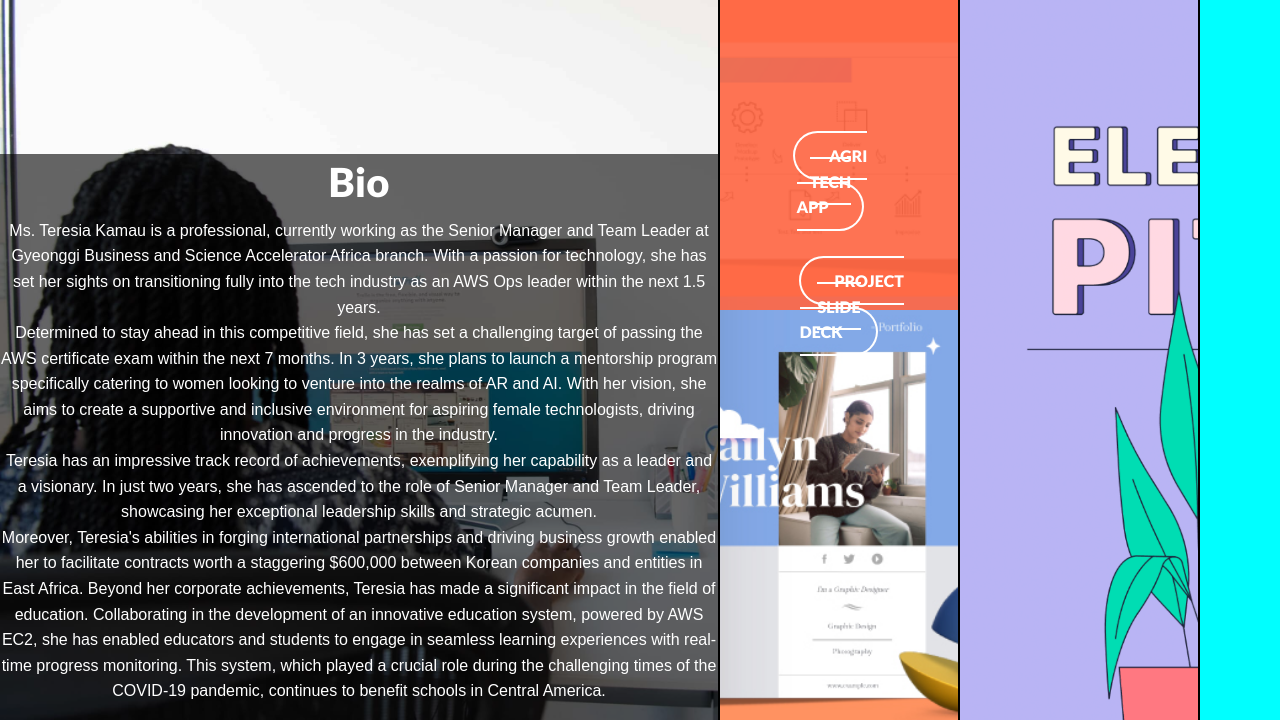
Repository: tessa5/developerPortfolio
Page: public/bio.html
These files come from the project's save history. The page is drawn as it stood at one moment and after a run of saves; the edit follows.
The browser window is 1280 px wide. The pictures show the whole page.

Above is the page before, as saved 2023-08-08 16:32:09.
Console error: SyntaxError: Unexpected token '{'

### public/bio.html
<!DOCTYPE html>
<html lang="en">
<head>
    <meta charset="UTF-8">
    <meta name="viewport" content="width=device-width,initial-scale=1,minimum-scale=1, maximum-scale=1">
    <title>Bio/Porfolio/Elevator Pitch</title>
    <script src="bower_components/jquery/dist/jquery.min.js" charset="utf-8"></script>
	<link rel="stylesheet" href="bower_components/foundation-sites/dist/css/foundation.min.css">
	<link rel="stylesheet" href="">
	<script src="bower_components/foundation-sites/dist/js/foundation.min.js" charset="utf-8"></script>
	<script src="bower_components/normalize-css/normalize.css" charset="utf-8"></script>
	<script src="bower_components/typed.js/dist/typed.min.js" charset="utf-8"></script>
	<script src="bower_components/jqcloud2/dist/jqcloud.min.js" charset="utf-8"></script>
	<link rel="stylesheet" href="bower_components/jqcloud2/dist/jqcloud.min.css">
	<script src="bower_components/custombox/dist/custombox.min.js"></script>
	<link href="bower_components/custombox/dist/custombox.min.css" rel="stylesheet">
	<link rel="stylesheet" href="https://maxcdn.bootstrapcdn.com/font-awesome/4.7.0/css/font-awesome.min.css">
	<link href="https://fonts.googleapis.com/css?family=Lato:300,400,700,900" rel="stylesheet">
	<link href="https://fonts.googleapis.com/css?family=Maven+Pro:400,500" rel="stylesheet">
	<link rel="stylesheet" href="assets/fonts/foundation-icons/foundation-icons.css">
	<link rel="stylesheet" href="assets/styles/styles.css">
    <link rel="stylesheet" href="assets/styles/bio.css">

</head>
<body>
    <section class="small-12 ">
        <ul class="row">
            <li>
                <div class="bio">
                    <h2>Bio</h2>
                    <p>
                        Ms. Teresia Kamau is a professional, currently working as the Senior Manager and Team Leader at Gyeonggi Business and Science Accelerator Africa branch. With a passion for technology, she has set her sights on transitioning fully into the tech industry as an AWS Ops leader within the next 1.5 years. <br/>Determined to stay ahead in this competitive field, she has set a challenging target of passing the AWS certificate exam within the next 7 months.
In 3 years, she plans to launch a mentorship program specifically catering to women looking to venture into the realms of AR and AI. With her vision, she aims to create a supportive and inclusive environment for aspiring female technologists, driving innovation and progress in the industry.
<br/>Teresia has an impressive track record of achievements, exemplifying her capability as a leader and a visionary. In just two years, she has ascended to the role of Senior Manager and Team Leader, showcasing her exceptional leadership skills and strategic acumen. <br/>Moreover, Teresia's abilities in forging international partnerships and driving business growth enabled her to facilitate contracts worth a staggering $600,000 between Korean companies and entities in East Africa.
Beyond her corporate achievements, Teresia has made a significant impact in the field of education. Collaborating in the development of an innovative education system, powered by AWS EC2, she has enabled educators and students to engage in seamless learning experiences with real-time progress monitoring. This system, which played a crucial role during the challenging times of the COVID-19 pandemic, continues to benefit schools in Central America.

                    </p>
                </div>
            </li>
            <li>
                <section id="footer-cta">
                <div class="row text-center col">
                    <div class="small-12 columns" id="startButtonDiv">
                        <a class="my-button form-button" href="https://youtu.be/JrvryTB1bGk">Agri Tech App</a>
                    </div>
                </div>
                    <div class="small-12 columns" id="startButtonDiv">
                        <a class="my-button form-button" href="https://drive.google.com/file/d/1FswNwwwkR4YEZ9jtKMJR6pZ61OOxo3cZ/view?usp=sharing">Project Slide Deck</a>
                    </div>
                </section>

                <div class="bio">
                    <h2>Profile</h2>
                    <p>
                        You have just gone through my developer profile on the previous page. Please check out my ALX team video and project slide deck by clicking here.
                    </p>
                </div>
            </li>
            <li>
                <div class="bio">
                    <h2>Elevator Pitch</h2>
                    <p>

                    </p>
                </div>
            </li>
        </ul>

    </section>

</body>
</html>

### public/assets/styles/styles.css
@import url('https://fonts.googleapis.com/css?family=Roboto:100,300,300i,400,700');

/*********** Global Styles********/

body, html {
		background-color: cyan;
}

h1, h2, h3, h4, h5, h6 {
	font-family: "Lato", sans-serif !important;
	font-weight: 900 !important;
}

.wrapper {
		background: #495e86;
}

.img-circle {
		border-radius: 50%;
}

.my-button {
		font-size: 1em;
		line-height: normal;
		text-transform: uppercase;
		font-family: 'Lato', sans-serif;
		font-weight: 900;
		-webkit-transition: all .3s ease-in-out;
		transition: all .3s ease-in-out, color 0.2s 0.3s;
		letter-spacing: 0;
		border-radius: 45px;
		height: auto;
		padding: .8em 2.1em;
}

.my-button:hover {
	cursor: pointer;
	padding: .8em 2.7em;
}

.my-button:active,
.my-button:focus,
.my-button.active {
  background-image: none;
  outline: 0;
  -webkit-box-shadow: none;
          box-shadow: none;
}

.thin-bar {
		border-bottom: 5px solid #F33F12;
}


/*** About Section ***/

#about {
		margin-top: 10em;
		border: 1px solid #eee;
		background-color: white;
		padding-bottom: 1em;
}

#about img {
		max-width: 15em;
		position: relative;
		bottom: 7.5em;
}

#about .details {
		margin-top: -2em;
}

#about h2 {
		color: #3d4397;
		font-size: 3.8em;
		padding-bottom: 1em;
}

#about span {
		font-weight: 300;
		font-size: .7em;
}

#about h5 {
		color: #8A8A8B;
}

#about p {
		margin-top: 1em;
		color: #646464;
		font-family: "roboto";
		font-weight: 300;
}

.cta .cta-button {
		color: #cc4b37;
		text-transform: uppercase;
		border: 2px solid rgba(255, 103, 68, 0.91);
		border-radius: 50px;
		background: white;
}

.cta .cta-button:hover, .cta .cta-button:focus {
		box-shadow: 0 5px 11px 0 rgba(0, 0, 0, 0.18), 0 4px 14px 1px rgba(0, 0, 0, 0.15);
		background-color: rgba(255, 103, 68, 0.91);
		color: white;
}

#about i {
	margin-top: 2em;
}

.fa {
	font-size: 1.2em;
	padding: 0.1em 0.4em;
	color: #0a0909;
}

.fa:hover {
	cursor: pointer;
}

/*** Experience ***/
#experience {
	background-color: #045a9b;
	padding: 6em 4em 5.6em;
}

#experience h2 {
	color: rgb(29, 27, 27);
	margin-bottom: .7em;
}

#experience .tag-line {
	color: white;
	font-size: 1.4em;
}

#experience i {
	color: rgb(255, 138, 89);
	font-size: 4em;
}

#experience h3 {
	color: rgb(29, 27, 27);
}

.experience-topics p {
	color: #ACAEB2;
	font-family: "Maven pro", sans-serif;
	/*font-weight: 500;*/
}

.experience-topics ul li {
	list-style: none;
	color: rgb(255, 255, 255);
	font-family: "Maven pro", sans-serif;
	font-weight: 500;
}

/*** work ***/
#work {
	padding: 6em 4em 3em;
	background-color: #fff;
}

#work h2 {
	color: #FF6945;
	margin-bottom: .7em;
}


#work .tag-line {
	color: #767779;
	font-size: 1.4em;
	margin-bottom: 4em;
}

#work .work-row {
	margin-bottom: 5.5em;
}

.details h3 {
	color: #202222;
	text-transform: uppercase;
}

.details .platform{
	font-size: 0.8em;
	text-transform: uppercase;
	margin: 2em 0 -0.1em;
	font-family: "Maven pro", sans-serif;
	font-weight: 500;
	color: #ff7654;
}

.details i {
	color: #707473;
	margin-right: 1em;
}

.details p {
	color: #181717;
	font-family: "Maven pro", sans-serif;
	font-weight: 500;
	font-size: 1.2em;
	margin-bottom: 1.8em;
}

.details a, .details a:link, .details a:active{
		color: rgba(255, 103, 68, 0.91);
		border: 2px solid rgba(255, 103, 68, 0.91) !important;
		background-color: #fff;
}

.details a:hover, .details a:focus {
		/*box-shadow: 0 5px 11px 0 rgba(0, 0, 0, 0.18), 0 4px 14px 1px rgba(0, 0, 0, 0.15);*/
		background-color: rgba(255, 103, 68, 0.91) !important;
		color: #fff;
}

/*** teaching ***/
#teaching {
	padding: 6em 4em 3em;
	background-color:  #045a9b;
}

#teaching h2 {
	color: #0e0d0d;
}

#teaching .tag-line {
	color: #ffffff;
	font-size: 1.4em;
}

#teaching .teaching-domains {
	height: 500px;
	width: auto;
	margin-top: -4em;
}

.col {
	display: flex;
	width: 100%;
	gap: 0.5em;

}


















/*** Footer Call-to-action ***/
#footer-cta {
	background-color: rgba(255, 103, 68, 0.91);
	padding: 6em 4em 5.6em;
}

#footer-cta h2 {
	color: white;
}

#footer-cta p {
	color: #fff;
	font-family: "Maven pro", sans-serif;
	font-weight: 500;
	font-size: 1.2em;
}

#startButtonDiv {
	margin-top: 3em;
}

#footer-cta a {
	border: 2px solid #fff;
	border-radius: 45px;
	color: #fff;
}

#footer-cta a:hover {
	background: #fff;
	color: rgba(255, 103, 68, 0.91);
	box-shadow: 0 5px 11px 0 rgba(0, 0, 0, 0.18), 0 4px 14px 1px rgba(0, 0, 0, 0.15);
}

/*** footer starts ***/

#footer {
	padding: 5em 4em 2em;
}

#footer #logo {
	background-color: rgba(255, 103, 68, 0.91);
	border-radius: 50%;
	color: #fff;
	padding: .4em;
	font-family: "Maven pro", sans-serif;
	font-size: 1.6em;
	font-weight: 500;
	display: inline;
}

#footer #copyright {
	margin-top: 1.6em;
	font-family: "Maven pro", sans-serif;
	font-weight: 500;
	color: #7d7d7d;
}


.profile-photo {
	width: 200px;
    height: 200px;
    margin: 0 auto;
    border-radius: 50%;
    background-size: cover;
    margin-top: -100px;
    margin-bottom: 40px;

}

### public/assets/styles/bio.css
body {
    margin: 0;
    padding:0;
    font-family: sans-serif;
}
ul {
    position: absolute;
    top: 0;
    left: 0;
    width: 100%;
    height:100vh;
    background: #ccc;
    margin:0;
    padding:0;
}
ul li {
    list-style:none;
    position:relative;
    width:33.3%;
    height:100%;
    border-right: 2px solid #000;
    float: left;
    box-sizing:border-box;
    transition: 0.5s;
    text-align: center;
    overflow: hidden;
}

ul li:nth-child(1){
    background-image: url(../../assets/images/bio.jpg);
    background-size:cover;
    background-position:left;
}
ul li:nth-child(2){
    background-image: url(../../assets/images/porfolio.jpg);
    background-size:cover;
    background-position:center;
}
ul li:nth-child(3){
    background-image: url(../../assets/images/elevatorP.png);
    background-size:cover;
    background-position:left;
}

ul:hover li {
    width: 20%
}

ul li:hover {
    width:60%
}

ul li .bio {
    position:absolute;
    bottom:-100%;
    left:0;
    width: 100%;
    background: rgba(0,0,0,0.6);
    box-sizing: border-box;
    color: #fff;
    opacity:0;
}

ul li:hover .bio {
    bottom:0;
    transition:0.5s;
    transition-delay: 0.2s;
    opacity: 1;
}

/* .my-button {
    font-size: 1em;
    line-height: normal;
    text-transform: uppercase;
    font-family: 'Lato', sans-serif;
    font-weight: 900;
    -webkit-transition: all .3s ease-in-out;
    transition: all .3s ease-in-out, color 0.2s 0.3s;
    letter-spacing: 0;
    border-radius: 45px;
    height: auto;
    padding: .8em 2.1em;
}

.my-button:hover {
cursor: pointer;
padding: .8em 2.7em;
}

.my-button:active,
.my-button:focus,
.my-button.active {
background-image: none;
outline: 0;
-webkit-box-shadow: none;
      box-shadow: none;
} */

Loaded but not shown: bower_components/jquery/dist/jquery.min.js (library); bower_components/foundation-sites/dist/css/foundation.min.css (library); bower_components/foundation-sites/dist/js/foundation.min.js (library); bower_components/normalize-css/normalize.css (library); bower_components/typed.js/dist/typed.min.js (library); bower_components/jqcloud2/dist/jqcloud.min.js (library); bower_components/jqcloud2/dist/jqcloud.min.css (common file); bower_components/custombox/dist/custombox.min.js (library); bower_components/custombox/dist/custombox.min.css (library); public/assets/fonts/foundation-icons/foundation-icons.css (common file)

After the next 2 saves:
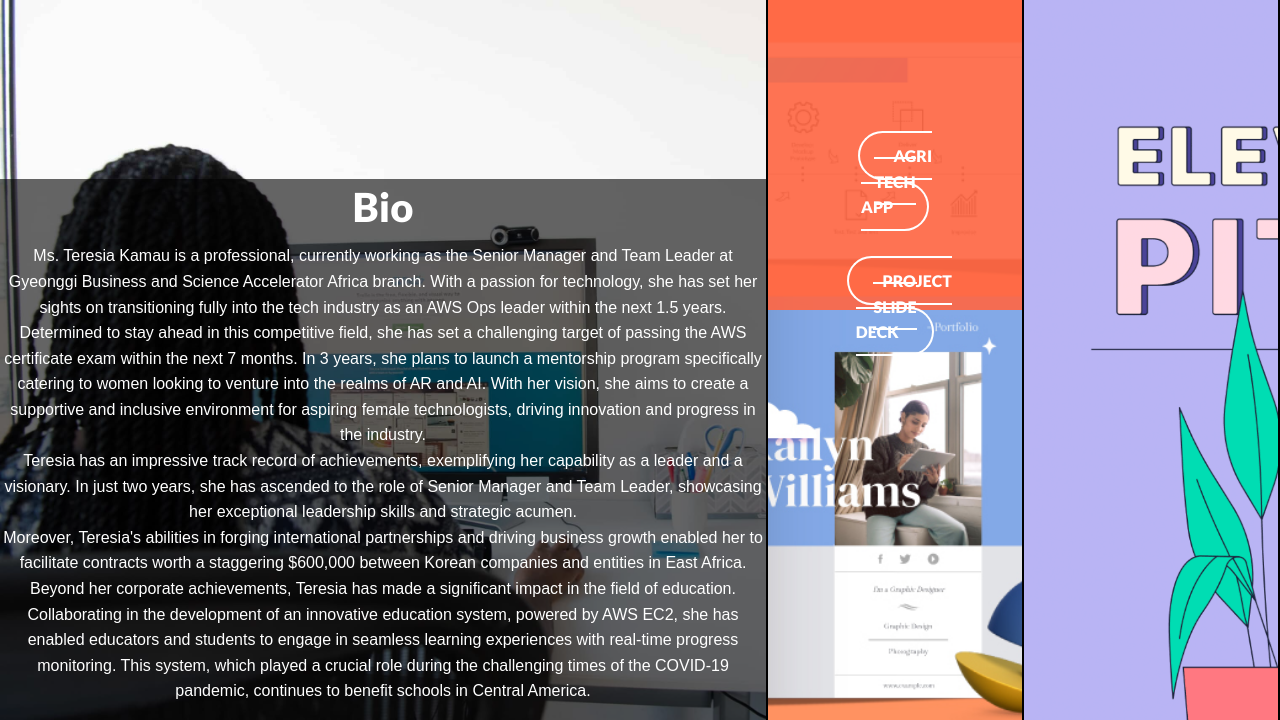
The 2 saves are shown as one change because they came seconds apart.
The last was saved 32 s later.
--- a/public/bio.html
+++ b/public/bio.html
@@ -24,7 +24,7 @@
 </head>
 <body>
     <section class="small-12 ">
-        <ul class="row">
+        <ul >
             <li>
                 <div class="bio">
                     <h2>Bio</h2>
